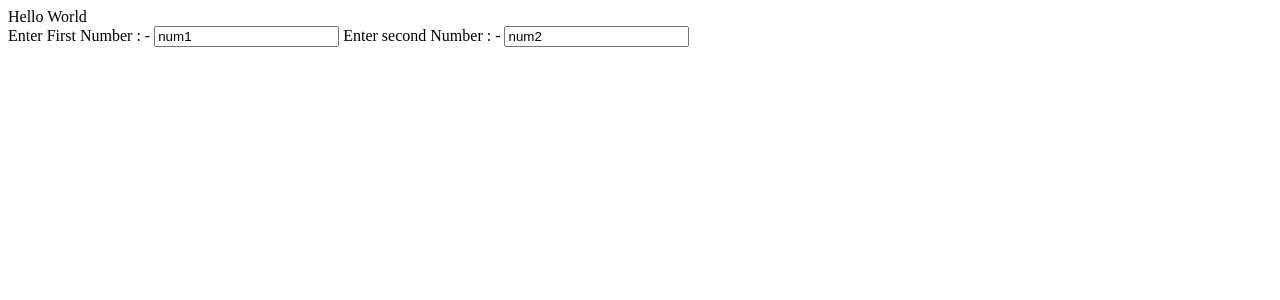
Repository: hrutikgurav2000/Java_Cap_6536
Page: MyFirstWebApp/src/main/webapp/index.html
An editor plug-in stored every save of this project. The page is shown before and after the next save, followed by the edit.
The browser window is 1280 px wide. The pictures show the whole page.

Above is the page before, as saved 2022-03-21 05:32:16.

### MyFirstWebApp/src/main/webapp/index.html
<!DOCTYPE html>
<html>
<head>
<meta charset="ISO-8859-1">
<title>Insert title here</title>
</head>
<body>
Hello World
<form action = AddNumberServlet>

 Enter First Number : - <input type= "text" value = num1>

 Enter second Number : - <input type= "text" value = num2>
</form>
</body>
</html>

After the next save:
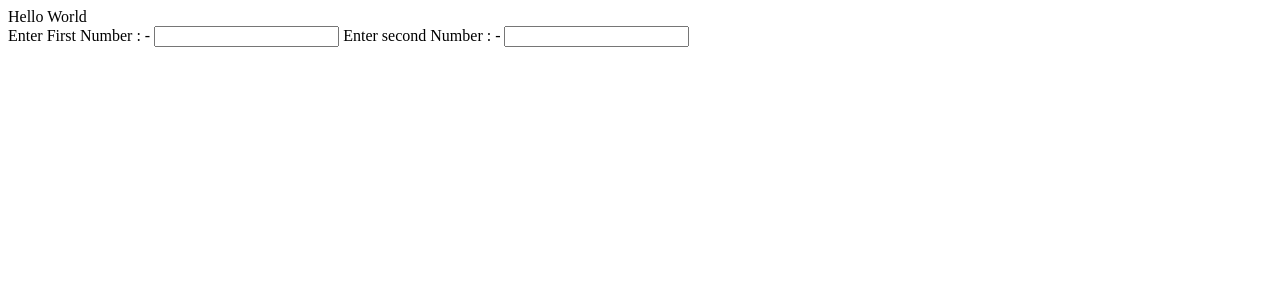
Saved 8 s later.
--- a/MyFirstWebApp/src/main/webapp/index.html
+++ b/MyFirstWebApp/src/main/webapp/index.html
@@ -8,9 +8,9 @@
 Hello World
 <form action = AddNumberServlet>
 
- Enter First Number : - <input type= "text" value = num1>
+ Enter First Number : - <input type= "text" name = num1>
 
- Enter second Number : - <input type= "text" value = num2>
+ Enter second Number : - <input type= "text" name = num2>
 </form>
 </body>
 </html>
